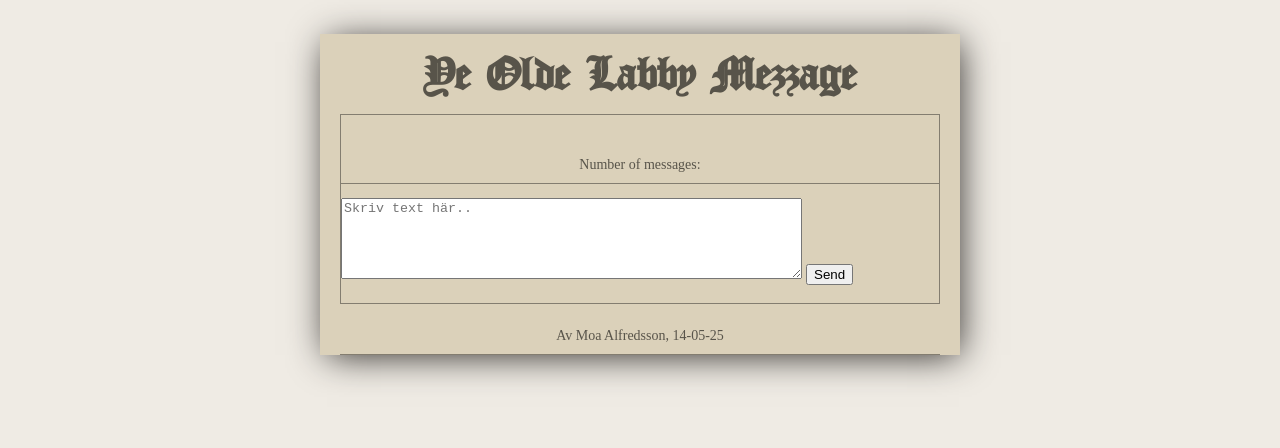
Repository: ma223md/1dv403-laborationer
Page: 3-gameon/memory/index.html
The author's editor kept a record of every edit. The page is drawn from the files as they stood at one moment, then again after the next edit.
The browser window is 1280 px wide. The pictures show the whole page.
Some web fonts or font styles are not loaded; a fallback is used.

Above is the page before.

### 3-gameon/memory/index.html
<!DOCTYPE html>
<html>
    <head>
        <meta charset="UTF-8" />
        <link rel="stylesheet" href="memorystyle.css" />
        <script src="js/message.js"></script>
        <title>Memory - Game on!</title>
    </head>

    <body>
        <div id="container">
            <header>
                <h1>Ye Olde Labby Mezzage</h1>
            </header>

            <main>
                <div id="messageboard"></div>
                <br><p id="messagecount">Number of messages: <span id="counter"></span></p>
                <div id="textinput">
                    <textarea id="messagetext" rows="5" cols="55" placeholder="Skriv text här.. "></textarea>
                    <input id="button" value="Send" type="button"/>
                </div><br>
            </main>

            <footer>
                <p>Av Moa Alfredsson, 14-05-25</p>
            </footer>
        </div>
    </body>
</html>

### 3-gameon/memory/css/memorystyle.css
@font-face {
    font-family: headline;
    src: url(../3-gameon/memory/fonts/OldLondon.ttf);
}

@font-face {
    font-family: article;
    src: url(../fonts/linowrite.ttf);
}

body
{
    background-color: #efebe4;
}

header h1 {
    text-align: center;
    padding-top: 15px;
    color: #58544A;
    font-family: headline;
    font-size: 50px;
}

#container {
    display: block;
    margin-left: auto;
    margin-right: auto;
    width: 600px;
    background-color: #dbd1ba;
    padding-left: 20px;
    padding-right: 20px;
    -webkit-box-shadow: 3px 4px 35px -4px rgba(38,35,32,1);
    -moz-box-shadow: 3px 4px 35px -4px rgba(38,35,32,1);
    box-shadow: 3px 4px 35px -4px rgba(38,35,32,1);
}

main {
    border-style: solid;
    border-width: 1px;
    border-color: #837D70;
}

p {
    font-family: article;
    font-size: 14px;
    text-align: center;
    padding-top: 10px;
    padding-bottom: 10px;
    padding-left: 20px;
    padding-right: 20px;
    border-bottom: solid;
    border-width: 1px;
    border-color: #837D70;
    color: #58544A;
    word-wrap: break-word;
}

footer {
    font-size: 12px;
}

### 2-labbymezzage/js/message.js
"use strict";

function Message(message, date) {

        this.getText = function(){
            return message;
        };

        this.setText = function(_text) {
            message = _text;
        };

        this.getDate = function(){
            return date;
        };

        this.setDate = function(_date) {
           date = _date;
        };
    }

    Message.prototype.toString = function() {
        return this.getText() + " (" + this.getDate() + ")";
    };

    Message.prototype.getHTMLText = function() {
        return this.getText().replace(/[\n\r]/g, "<br/>");
    };

    Message.prototype.getDateText = function() {
        return this.getDate().toLocaleTimeString() + "  ";
    };

After the next edit:
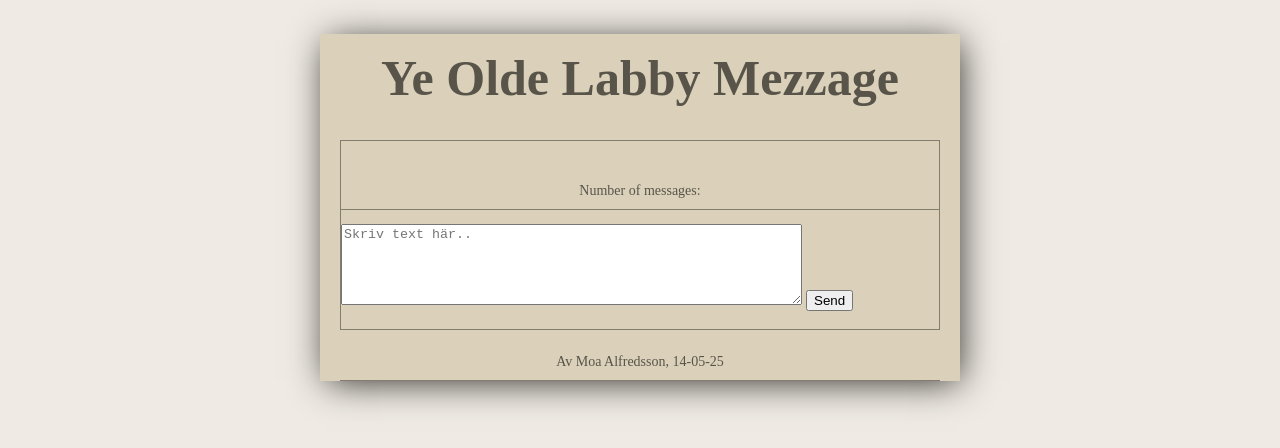
The edit:
--- a/3-gameon/memory/css/memorystyle.css
+++ b/3-gameon/memory/css/memorystyle.css
@@ -1,6 +1,6 @@
 @font-face {
     font-family: headline;
-    src: url(../3-gameon/memory/fonts/OldLondon.ttf);
+    src: url(../fonts/OldLondon.ttf);
 }
 
 @font-face {
